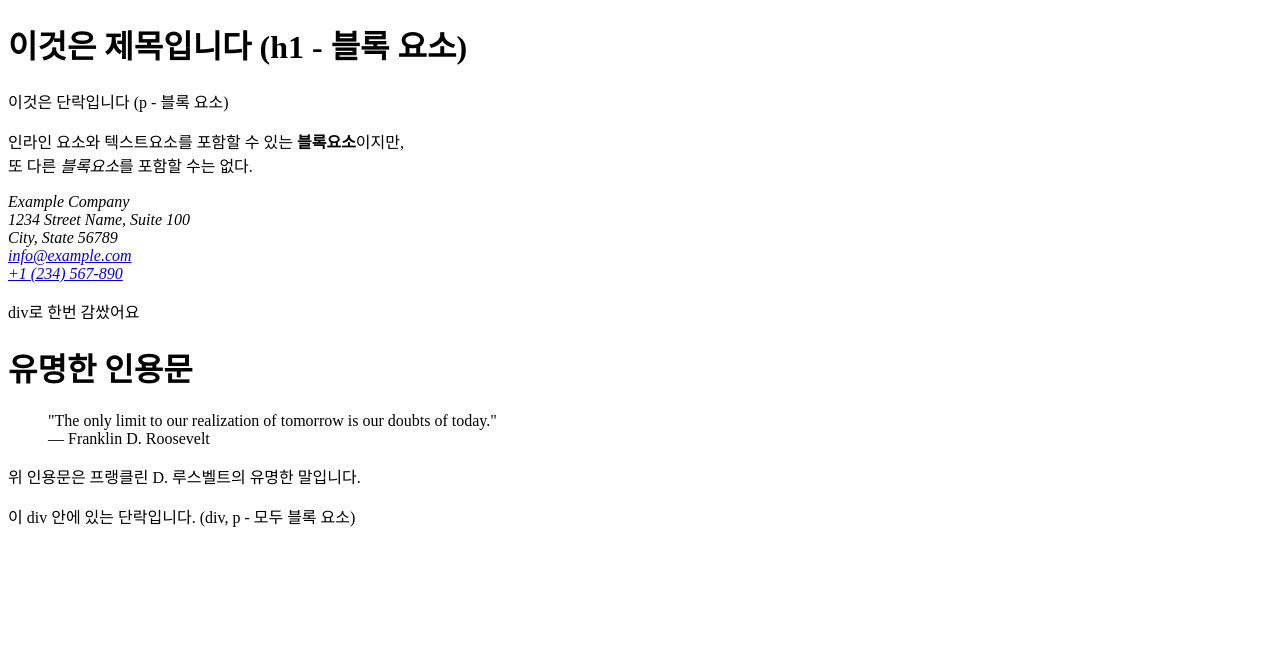
Repository: Junvelop/hkdevelope
Page: Downloads/back_end_edu20240624-master (1)/front_end_20240627/src/main/webapp/html2_블럭요소와인라인요소.html
An editor plug-in stored every save of this project. The page is shown before and after the next save, followed by the edit.
The browser window is 1280 px wide. The pictures show the whole page.

Above is the page before, as saved 2024-08-12 02:26:04.

### Downloads/back_end_edu20240624-master (1)/front_end_20240627/src/main/webapp/html2_블럭요소와인라인요소.html
<!DOCTYPE html>
<html lang="en">
<head>
    <meta charset="UTF-8">
    <meta name="viewport" content="width=device-width, initial-scale=1.0">
    <title>블록 요소 예시</title>
</head>
<body>

<div>
    <h1>이것은 제목입니다 (h1 - 블록 요소)</h1>
    <p>이것은 단락입니다 (p - 블록 요소)</p>
    <p>
     인라인 요소와 텍스트요소를 포함할 수 있는 <strong>블록요소</strong>이지만,<br/>
     또 다른 <em>블록요소</em>를 포함할 수는 없다.
	</p>

	<address>
        Example Company<br>
        1234 Street Name, Suite 100<br>
        City, State 56789<br>
        <a href="mailto:info@example.com">info@example.com</a><br>
        <a href="tel:+1234567890">+1 (234) 567-890</a>
    </address>

    <p> div로 한번 감쌌어요 </p>


     <h1>유명한 인용문</h1>

    <blockquote>
        "The only limit to our realization of tomorrow is our doubts of today."
        <br>— Franklin D. Roosevelt
    </blockquote>

    <p>위 인용문은 프랭클린 D. 루스벨트의 유명한 말입니다.</p>

</div>

    <div>
        <p>이 div 안에 있는 단락입니다. (div, p - 모두 블록 요소)</p>
    </div>



</body>
</html>

After the next save:
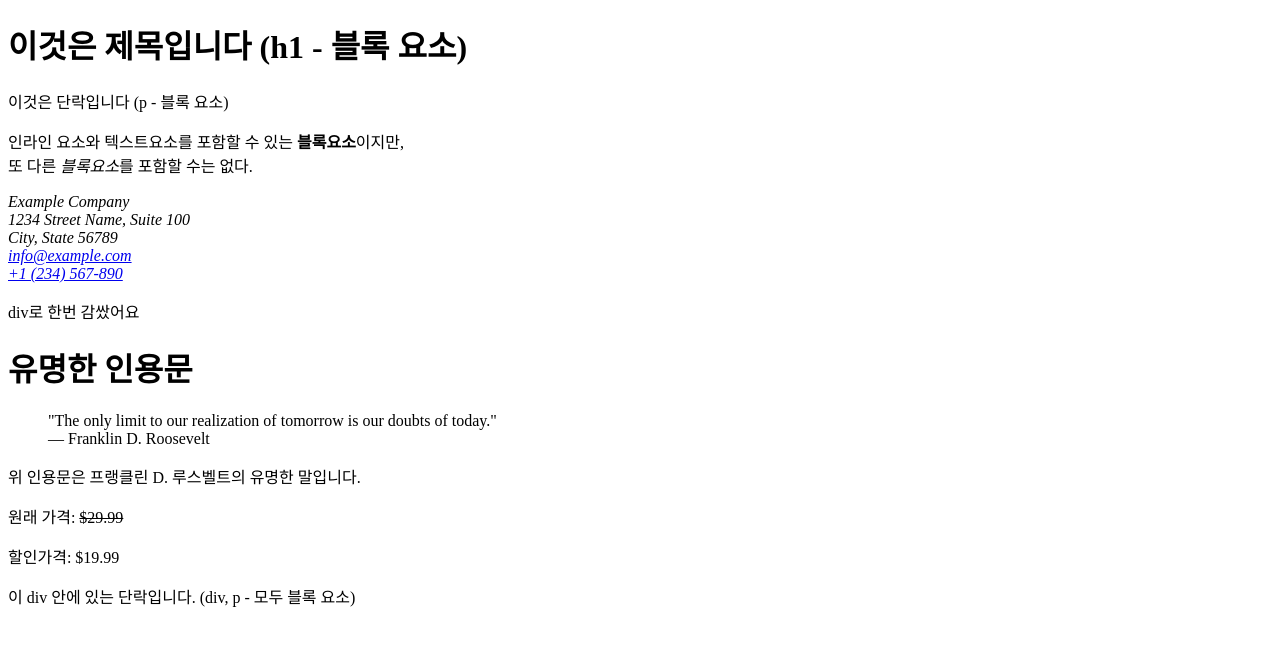
Saved 3 min 17 s later.
--- a/Downloads/back_end_edu20240624-master (1)/front_end_20240627/src/main/webapp/html2_블럭요소와인라인요소.html
+++ b/Downloads/back_end_edu20240624-master (1)/front_end_20240627/src/main/webapp/html2_블럭요소와인라인요소.html
@@ -35,6 +35,10 @@
 
     <p>위 인용문은 프랭클린 D. 루스벨트의 유명한 말입니다.</p>
 
+
+    <p>원래 가격: <del>$29.99</del></p>
+    <p>할인가격: $19.99</p>
+
 </div>
 
     <div>
